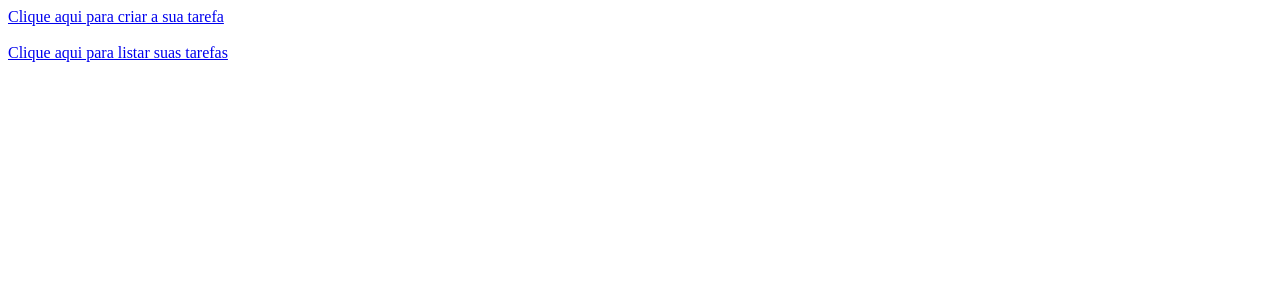
Repository: engcarlosrosa/ChatInsper
Page: http://localhost/handout15/homepage
These files come from the project's save history. The page is drawn as it stood at one moment and after the next save; the edit follows.
The browser window is 1280 px wide. The pictures show the whole page.
The page is served by Tomcat 9. Other server files are loaded and not shown.

Above is the page before, as saved 2016-10-24 23:49:48.

### handout15/WebContent/WEB-INF/views/homepage.jsp
<%@ page language="java" contentType="text/html; charset=ISO-8859-1"
    pageEncoding="ISO-8859-1"%>
<!DOCTYPE html PUBLIC "-//W3C//DTD HTML 4.01 Transitional//EN" "http://www.w3.org/TR/html4/loose.dtd">
<html>
<head>
<meta http-equiv="Content-Type" content="text/html; charset=ISO-8859-1">
<title>Home page</title>
</head>
<body>
<body>
<a href="criaTarefa">Clique aqui para criar a sua tarefa</a>
<br>
<br>
<a href="listaTarefas">Clique aqui para listar suas tarefas</a>
</body>
</body>
</html>

After the next save:
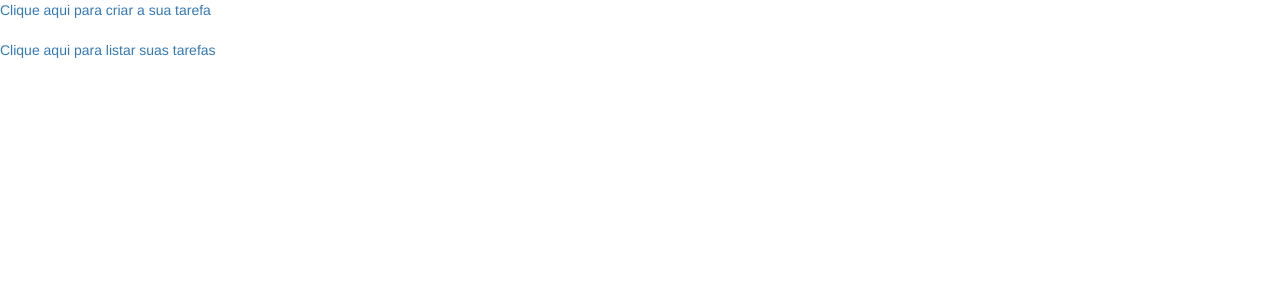
Console error (its wording comes from the project's code and is left out).
Saved 20 h 3 min later.
--- a/handout15/WebContent/WEB-INF/views/homepage.jsp
+++ b/handout15/WebContent/WEB-INF/views/homepage.jsp
@@ -1,6 +1,22 @@
 <%@ page language="java" contentType="text/html; charset=ISO-8859-1"
     pageEncoding="ISO-8859-1"%>
 <!DOCTYPE html PUBLIC "-//W3C//DTD HTML 4.01 Transitional//EN" "http://www.w3.org/TR/html4/loose.dtd">
+<!-- Latest compiled and minified CSS -->
+<link rel="stylesheet"
+href="https://maxcdn.bootstrapcdn.com/bootstrap/3.3.7/css/bootstrap.min.css"
+integrity="sha384-BVYiiSIFeK1dGmJRAkycuHAHRg32OmUcww7on3RYdg4Va+PmSTsz/K68vbdEjh4u"
+crossorigin="anonymous">
+
+<!-- Optional theme -->
+<link rel="stylesheet"
+href="https://maxcdn.bootstrapcdn.com/bootstrap/3.3.7/css/bootstrap-theme.min.css"
+integrity="sha384-rHyoN1iRsVXV4nD0JutlnGaslCJuC7uwjduW9SVrLvRYooPp2bWYgmgJQIXwl/Sp"
+crossorigin="anonymous">
+
+<!-- Latest compiled and minified JavaScript -->
+<script src="https://maxcdn.bootstrapcdn.com/bootstrap/3.3.7/js/bootstrap.min.js"
+integrity="sha384-Tc5IQib027qvyjSMfHjOMaLkfuWVxZxUPnCJA7l2mCWNIpG9mGCD8wGNIcPD7Txa"
+crossorigin="anonymous"></script>
 <html>
 <head>
 <meta http-equiv="Content-Type" content="text/html; charset=ISO-8859-1">
